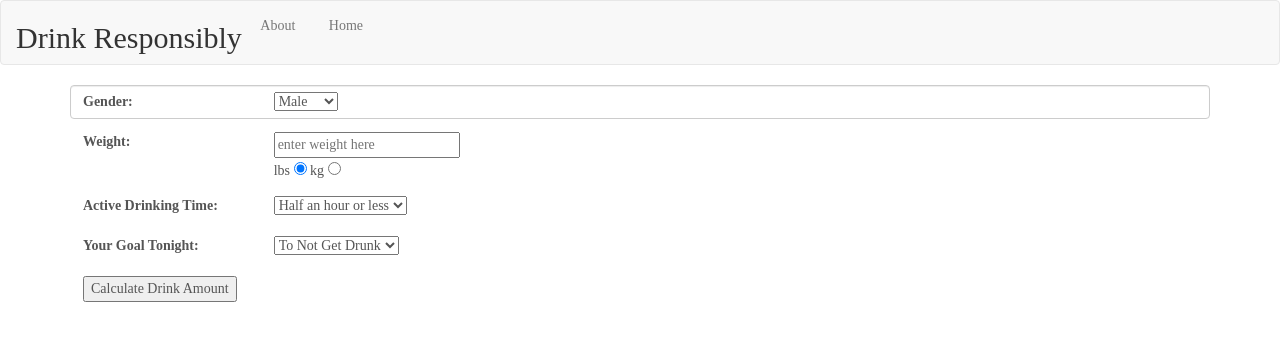
Repository: NatNat180/DrinkResponsibly
Page: http://localhost/DrinkResponsibly/form
The author's editor kept a copy of each file at every save. The page is drawn from the files as they stood at one save, then again after the next save.
The browser window is 1280 px wide. The pictures show the whole page.
Some web fonts or font styles are not loaded; a fallback is used. The page is served by Tomcat 9.

Above is the page before, as saved 2016-04-14 00:18:30.

After the next save:
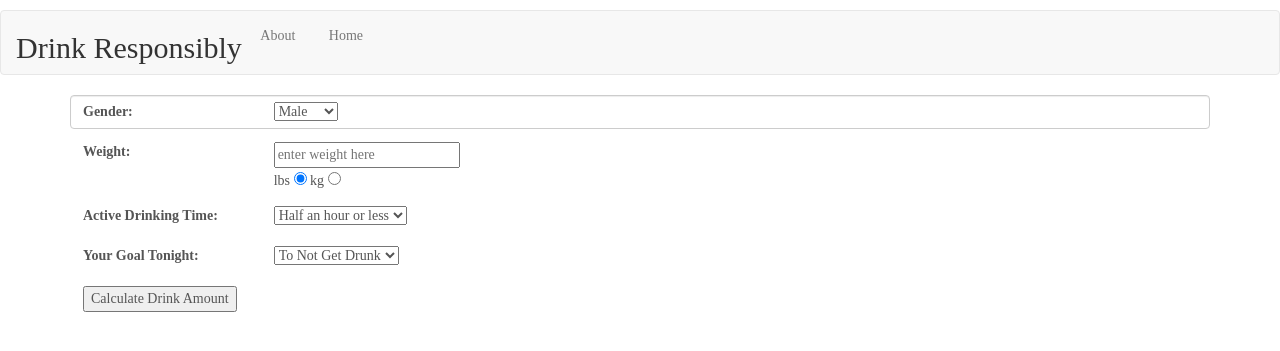
Saved 38 s later.
--- a/DrinkResponsibly/WebContent/css/style.css
+++ b/DrinkResponsibly/WebContent/css/style.css
@@ -7,6 +7,11 @@ font-family: 'Bitter', serif;
 font-family: 'Arvo', serif;
 font-family: 'Amatic SC', cursive;
 */
+
+nav {
+
+	margin-top: 10px;
+}
 
 h1 {font-family: 'Poiret One', cursive;}
 body {font-family: 'Arvo', serif;}
